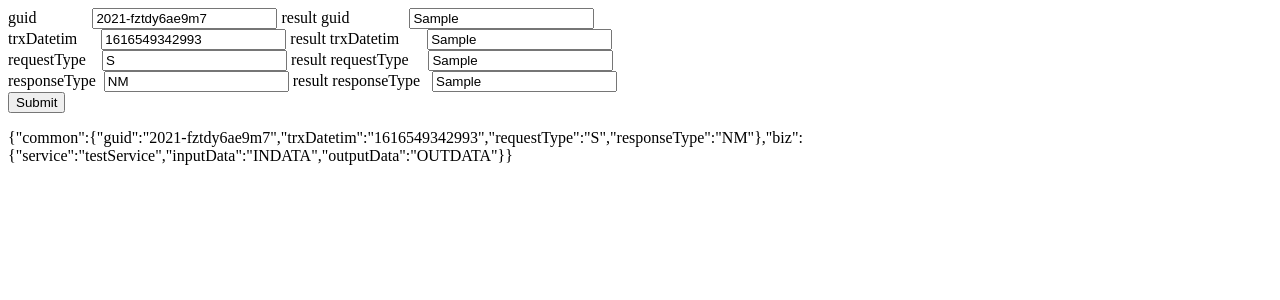
Repository: kchan75/kakaobank
Page: inserver/src/main/resources/static/index.html
These files come from the project's save history. The page is drawn as it stood at one moment and after the next save; the edit follows.
The browser window is 1280 px wide. The pictures show the whole page.
Empty fields were first filled with sample values (such as "Sample", 5 or name@example.com).
After loading, the first visible `#formElem` was submitted once.
The page's requests for data from a server got no answer.

Above is the page before, as saved 2021-03-24 03:59:53.

After the next save:
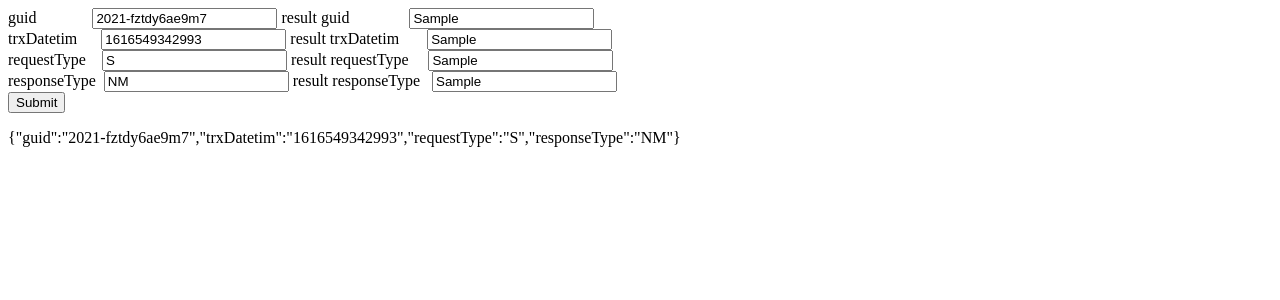
Saved 24 s later.
--- a/inserver/src/main/resources/static/index.html
+++ b/inserver/src/main/resources/static/index.html
@@ -53,7 +53,7 @@
 	      	  outputData : "OUTDATA"
 	      }
         }
-		document.querySelector("#send").innerText=JSON.stringify(data)
+		document.querySelector("#send").innerText=JSON.stringify(data.common)
 
         let response = fetch('http://localhost:8080/kchan', {
                 method: 'POST', // or 'PUT'
